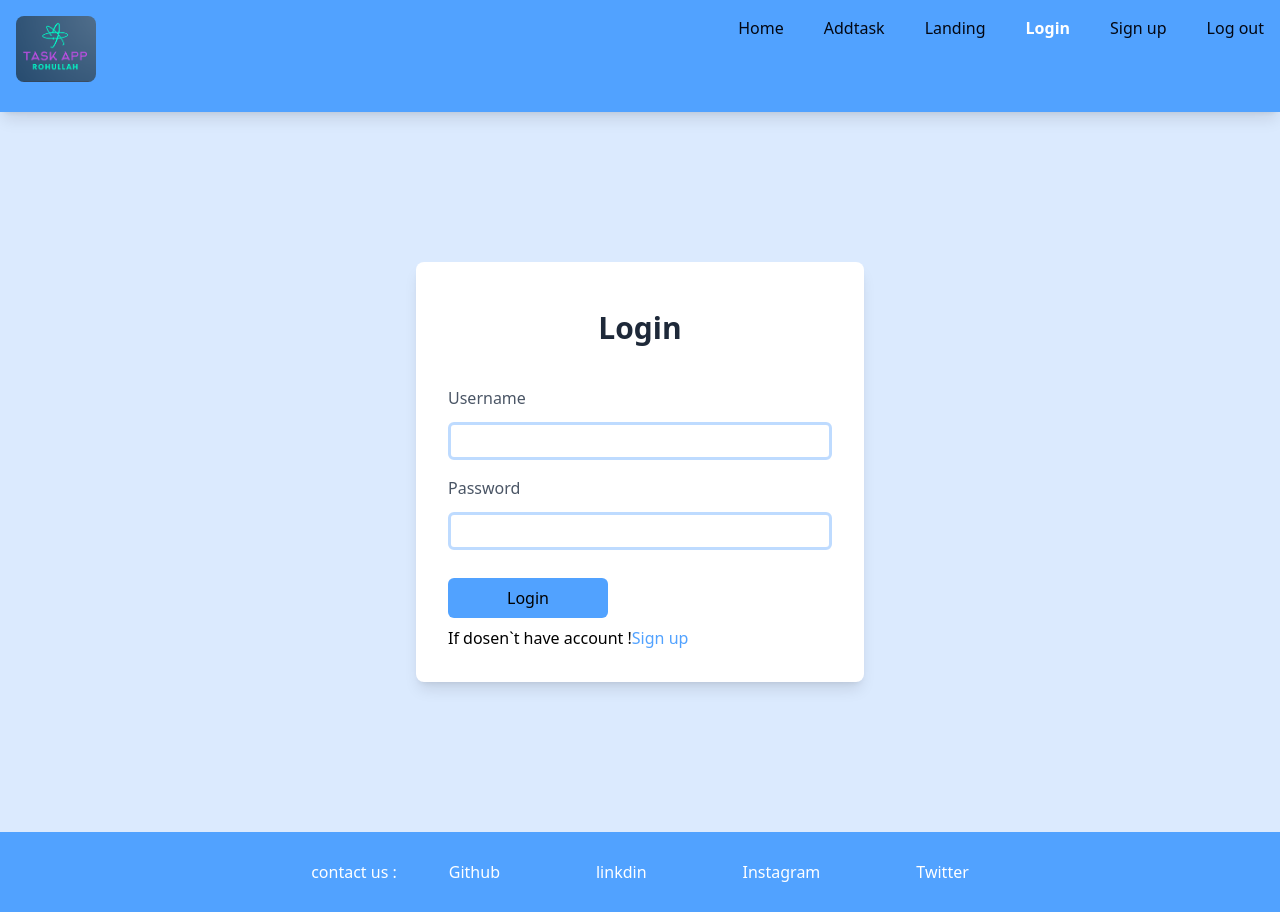
Repository: Rohullah-Noori/TaskApp
Page: /
The author's editor kept a copy of each file at every save. The page is drawn from the files as they stood at one save, then again after the next save.
The browser window is 1280 px wide. The pictures show the whole page.
The project was rebuilt for these pictures with package versions that can differ from the ones it lists, and the page was loaded fresh each time. Also part of the build but not shown: vite.config.js, src/components/Loader.jsx, src/pages/Landing.jsx, src/pages/Home.jsx, src/pages/Signup.jsx, src/pages/Addtask.jsx, src/pages/Edittask.jsx, src/pages/Errorpage.jsx and 1 more.

Above is the page before, as saved 2025-03-01 11:18:41.

After the next save:
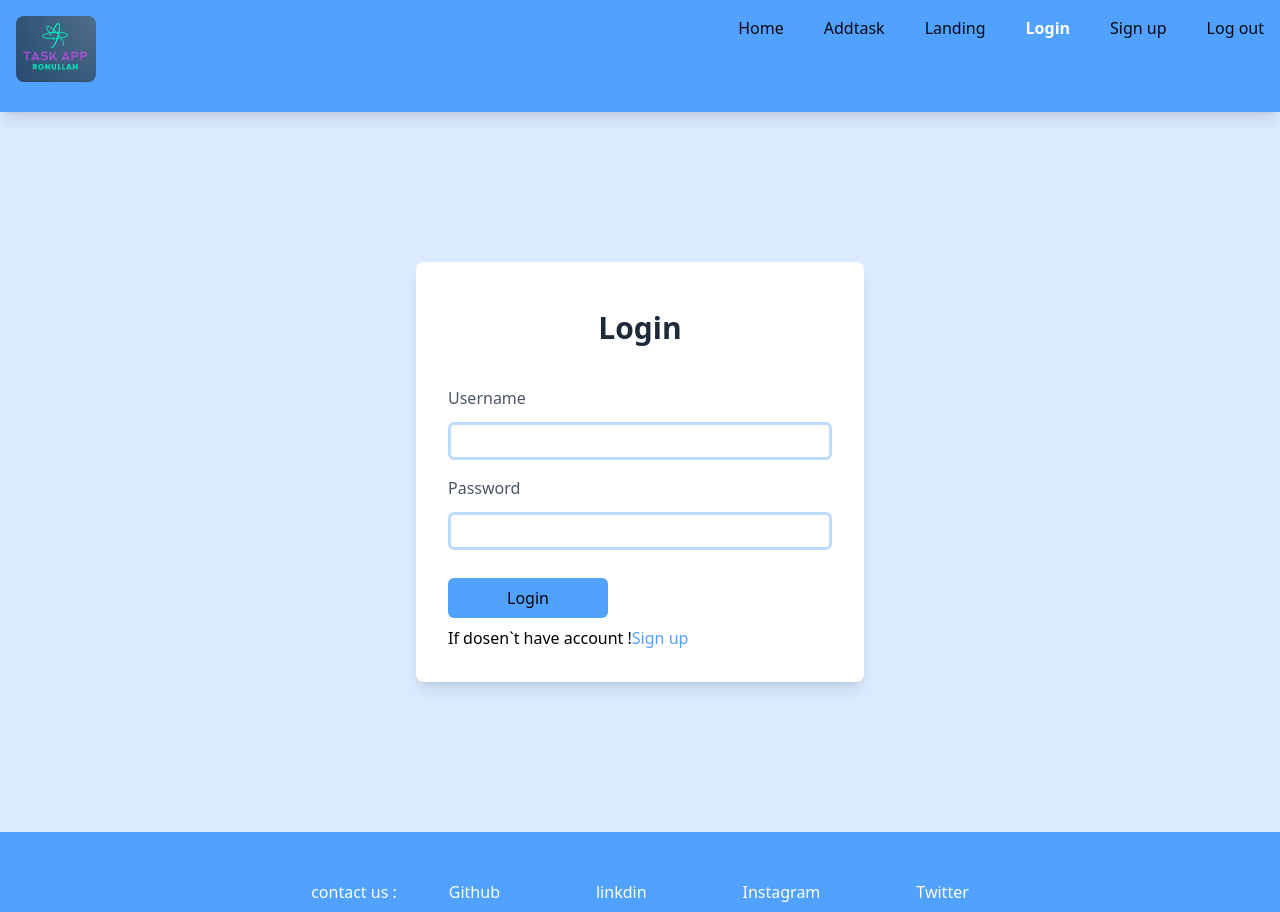
Saved 15 s later.
--- a/src/components/Footer.jsx
+++ b/src/components/Footer.jsx
@@ -3,7 +3,7 @@ function Footer() {
     // <div className=" w- md:w-full ">
 
     // </div>
-    <div className="bg-blue-400 w-screen   md:w-full min-h-20 flex flex-wrap    justify-center  space-x-5 lg:space-x-13 text-white items-center">
+    <div className="bg-blue-400 w-screen   md:w-full min-h-20 pt-10 flex flex-wrap    justify-center  space-x-5 lg:space-x-13 text-white items-center">
       <div>
         <h1>contact us :</h1>
       </div>
